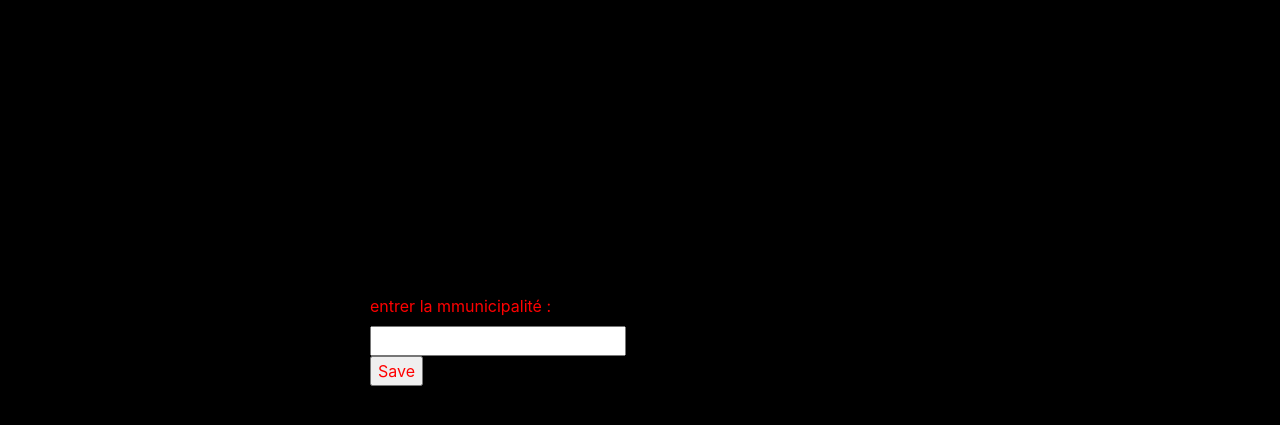
Repository: wtrabelssi/geolocalisation
Page: http://localhost/PfaGeo/view/index.jsp
An editor plug-in stored every save of this project. The page is shown before and after the next save, followed by the edit.
The browser window is 1280 px wide. The pictures show the whole page.
The page is served by Tomcat 9. Other server files are loaded and not shown.

Above is the page before, as saved 2023-05-07 22:40:42.

### PfaGeo/src/main/webapp/view/index.jsp
<%@ page language="java" contentType="text/html; charset=ISO-8859-1"
    pageEncoding="ISO-8859-1"%>
<!DOCTYPE html>
<html>
<head>
<meta charset="ISO-8859-1">

<title>Insert title here</title>
 <meta name="viewport" content="width=device-width, initial-scale=1.0">
    <link rel="stylesheet" href="https://maxcdn.bootstrapcdn.com/bootstrap/4.0.0/css/bootstrap.min.css">
    <style>
      html, body {
        height: 100%;
      }
      form , input{ color : red}
	  label{color#ffffff}
      body {
        display: flex;
        align-items: center;
        justify-content: center;
        background-color: #000000; /* Replace with your desired background color */
      }
    </style>
</head>

<body class="vh-100">
  <div class="container">
    <div class="row justify-content-center">
      <div class="col-md-6">
        <form action="/reclamations" method="POST" class="form-group">
		<label>entrer la mmunicipalité : </label><br>

 		<input type="text" name ="baladia"><br>
 		<input type ="submit" value="Save">

 </form><br>
      </div>
    </div>
  </div>
</body>

</html>

After the next save:
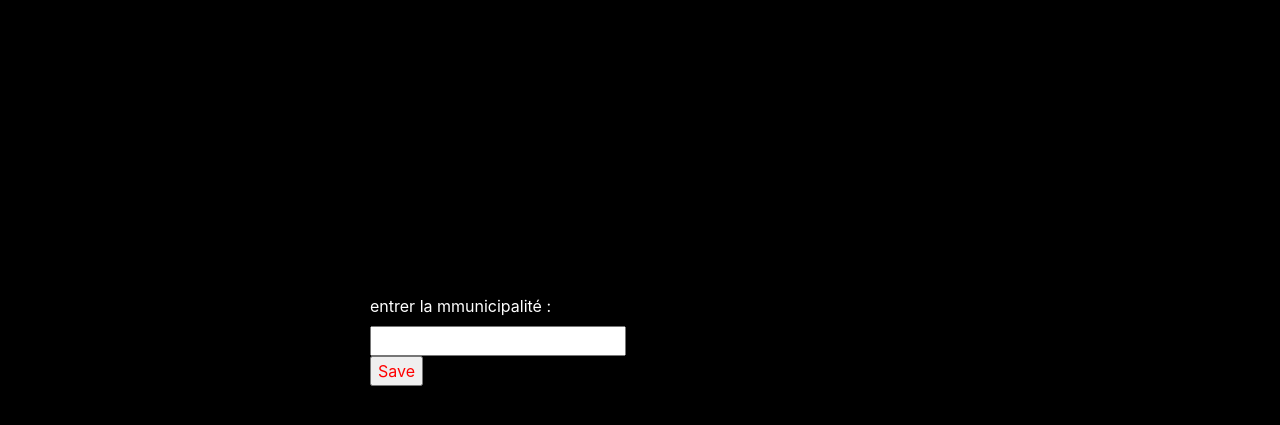
Saved 23 s later.
--- a/PfaGeo/src/main/webapp/view/index.jsp
+++ b/PfaGeo/src/main/webapp/view/index.jsp
@@ -13,7 +13,7 @@
         height: 100%;
       }
       form , input{ color : red}
-	  label{color#ffffff}
+	  label{color :#ffffff}
       body {
         display: flex;
         align-items: center;
